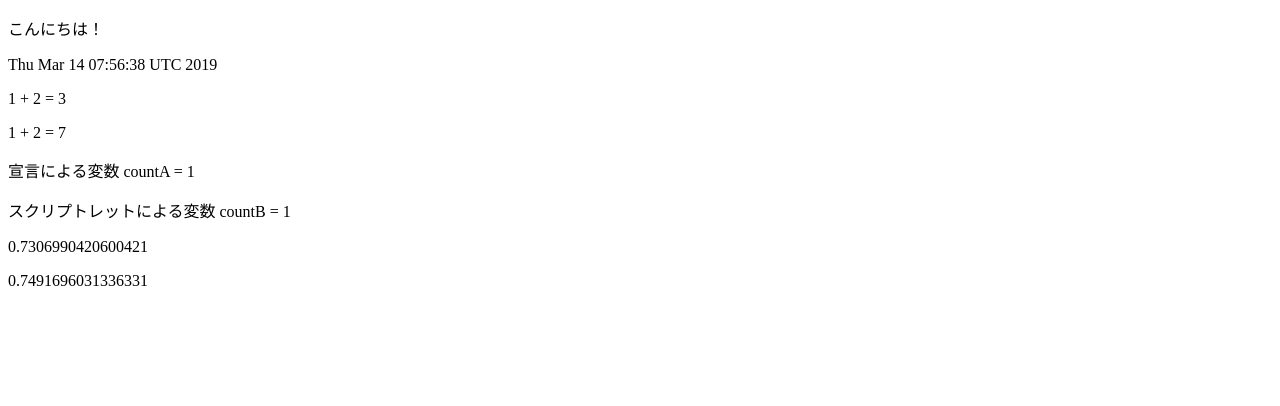
Repository: NoriakiYasumura/test01
Page: http://localhost/HelloJSP/
The author's editor kept a copy of each file at every save. The page is drawn from the files as they stood at one save, then again after the next save.
The browser window is 1280 px wide. The pictures show the whole page.
The page is served by Tomcat 9.

Above is the page before, as saved 2019-03-15 05:05:19.

### HelloJSP/WebContent/index.jsp
<%@ page language="java" contentType="text/html; charset=UTF-8"
    pageEncoding="UTF-8"%>
<!DOCTYPE html>
<html>
	<head>
	<meta charset="UTF-8">
	<title>TEST</title>
	</head>
<body>
	<p>こんにちは！</p>
	<% out.println(new java.util.Date()); %>

	<%!
	static int add(int a,int b){
		return a + b;
	}%>

	<p>1 + 2 = <%= add(1,2) %></p>
	<p>1 + 2 = <%= add(3,4) %></p>

	<%! static int countA = 0; %>
	<% int countB = 0;
	countA++;
	countB++;%>

	<p>宣言による変数 countA = <%=countA %></p>
	<p>スクリプトレットによる変数 countB = <%=countB %></p>

	<p><% out.println(Math.random()); %></p>
	<p><%= Math.random() %></p>
</body>
</html>

After the next save:
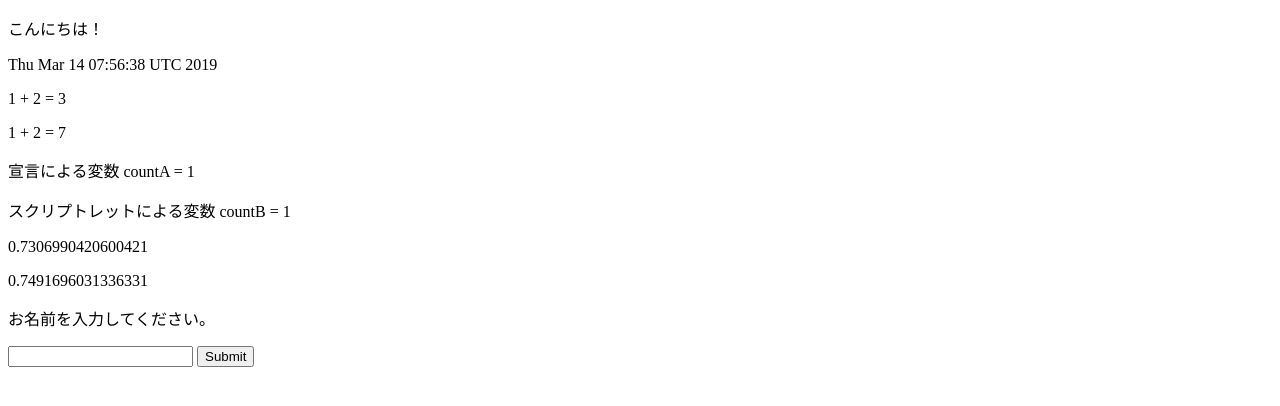
Saved 3 min 3 s later.
--- a/HelloJSP/WebContent/index.jsp
+++ b/HelloJSP/WebContent/index.jsp
@@ -28,5 +28,11 @@
 
 	<p><% out.println(Math.random()); %></p>
 	<p><%= Math.random() %></p>
+
+	<p>お名前を入力してください。</p>
+	<form method="post action="greeting-out.jsp">
+		<input type="text" nsmr="user">
+		<input type="submit" nsmr="確定">
+	</form>
 </body>
 </html>
